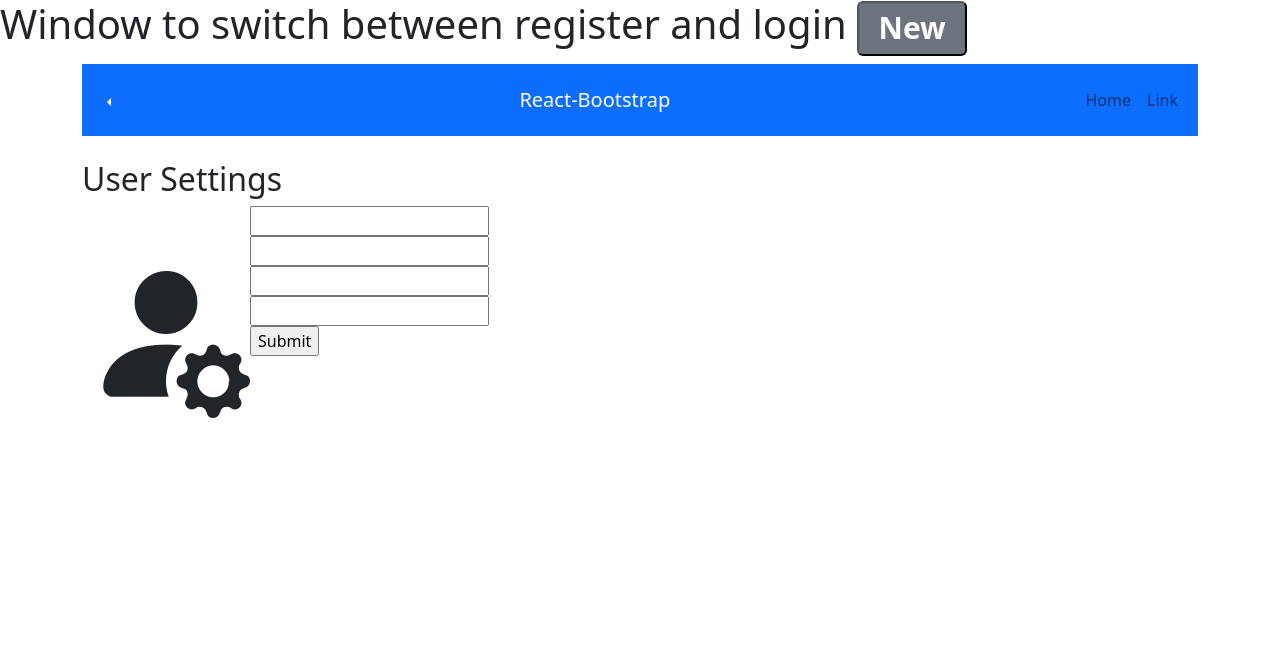
Repository: christenis98/RealWorldApp
Page: / (app in bank-frontend/)
These files come from the project's save history. The page is drawn as it stood at one moment and after the next save; the edit follows.
The browser window is 1280 px wide. The pictures show the whole page.
The project was rebuilt for these pictures with package versions that can differ from the ones it lists, and the page was loaded fresh each time. Also part of the build but not shown: bank-frontend/src/App.css.

Above is the page before, as saved 2022-11-24 12:46:08.

### bank-frontend/src/index.js
import React from 'react';
import ReactDOM from 'react-dom/client';
import './index.css';
import App from './App';
import reportWebVitals from './reportWebVitals';
import 'bootstrap/dist/css/bootstrap.min.css';

import 'bootstrap-icons/font/bootstrap-icons.css';

const root = ReactDOM.createRoot(document.getElementById('root'));
root.render(
  <React.StrictMode>
    <App />
  </React.StrictMode>
);

// If you want to start measuring performance in your app, pass a function
// to log results (for example: reportWebVitals(console.log))
// or send to an analytics endpoint. Learn more: https://bit.ly/CRA-vitals
reportWebVitals();

### bank-frontend/src/App.js
import logo from './logo.svg';
import './App.css';
import Badge from 'react-bootstrap/Badge'
import DropStartComponent from './js/DropStartComponent';
import UserSettings from './js/UserSettings';


function App() {
  return (
    <div>
    <h1>
      Window to switch between register and login{' '}
      <Badge bg="secondary" as="Button">
        New
      </Badge>
    </h1>
    <DropStartComponent/>
    <UserSettings/>
  </div>
  );
}

export default App;

### bank-frontend/src/js/DropStartComponent.js
import Dropdown from "react-bootstrap/Dropdown";
import DropdownButton from "react-bootstrap/DropdownButton";
import Nav from "react-bootstrap/Nav";
import Navbar from "react-bootstrap/Navbar";
import NavDropdown from "react-bootstrap/NavDropdown";
import Container from "react-bootstrap/Container";

const DropStartComponent = () => {
  return (
    <Container>
      <Navbar bg="primary" variant="dark" expand="lg">
        <Container>
          <DropdownButton
            key={"start"}
            id={`dropdown-button-drop-${"start"}`}
            drop={"start"}
            variant="primary"
          >
            <Dropdown.Item eventKey="1">Action</Dropdown.Item>
            <Dropdown.Item eventKey="2">Another action</Dropdown.Item>
            <Dropdown.Item eventKey="3">Something else here</Dropdown.Item>
            <Dropdown.Divider />
            <Dropdown.Item eventKey="4">Separated link</Dropdown.Item>
          </DropdownButton>
          <Navbar.Brand href="#home">React-Bootstrap</Navbar.Brand>
          <Navbar.Toggle aria-controls="basic-navbar-nav" />
          <Navbar id="basic-navbar-nav">
            <Nav className="me-auto">
              <Nav.Link href="#home">Home</Nav.Link>
              <Nav.Link href="#link">Link</Nav.Link>
            </Nav>
          </Navbar>
        </Container>
      </Navbar>
    </Container>
  );
};

export default DropStartComponent;

### bank-frontend/src/js/UserSettings.jsx
import React from 'react'

function UserSettings() {
    return (
        <div className="container d-flex flex-column bd-highlight">
            <div className="d-flex flex-row bd-highlight mx-left mt-4">
                <h2>User Settings</h2>
            </div>

            <div className="d-flex flex-row bd-highlight">
                <div className='d-flex flex-column'>
                    <i className="bi bi-person-fill-gear" style={{ fontSize: "1050%" }}></i>
                </div>

                <div className='d-flex flex-column'>
                    <div className="">
                        <input type="text" name="name" />
                    </div>
                    <div className="">
                        <input type="text" name="name" />
                    </div>
                    <div className="">
                        <input type="text" name="name" />
                    </div>
                    <div className="">
                        <input type="text" name="name" />
                    </div>
                    <div className=''>
                        <input type="submit" value="Submit" />
                    </div>
                </div>

            </div>
        </div>
    )
}


export default UserSettings;

Loaded but not shown: bank-frontend/public/index.html (common file); bank-frontend/src/index.css (common file); bank-frontend/src/reportWebVitals.js (common file)

After the next save:
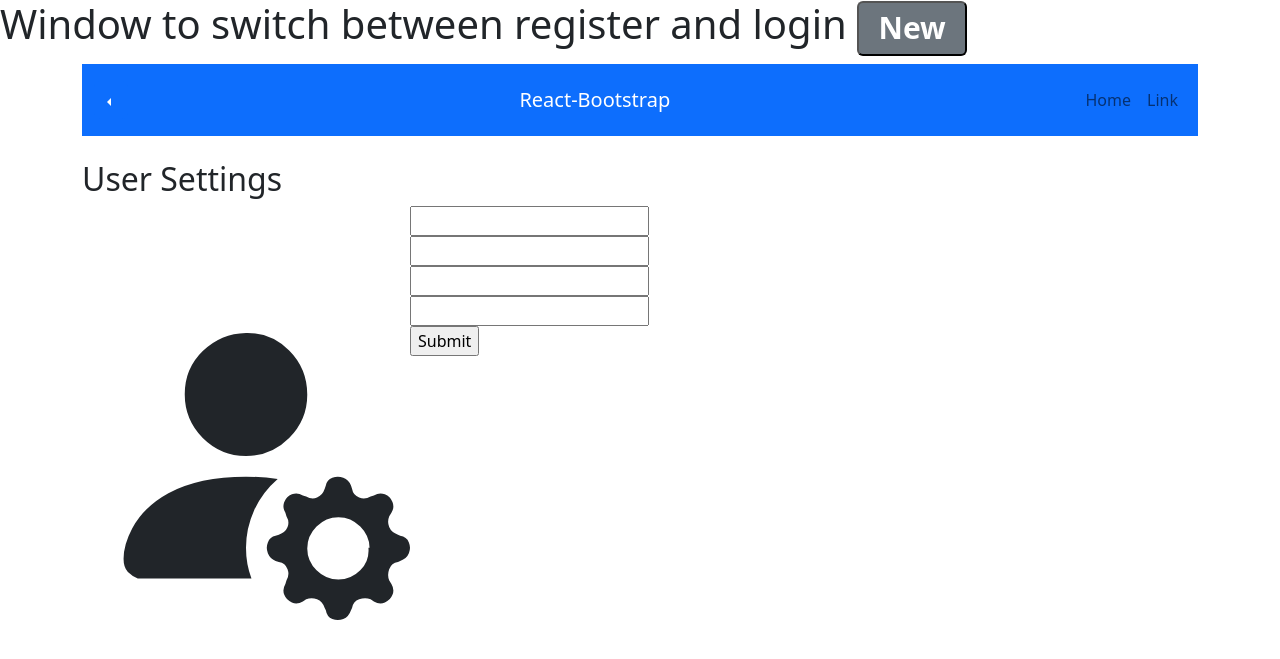
Saved 43 s later.
--- a/bank-frontend/src/js/UserSettings.jsx
+++ b/bank-frontend/src/js/UserSettings.jsx
@@ -9,7 +9,7 @@ function UserSettings() {
 
             <div className="d-flex flex-row bd-highlight">
                 <div className='d-flex flex-column'>
-                    <i className="bi bi-person-fill-gear" style={{ fontSize: "1050%" }}></i>
+                    <i className="bi bi-person-fill-gear" style={{ fontSize: "2050%" }}></i>
                 </div>
 
                 <div className='d-flex flex-column'>
